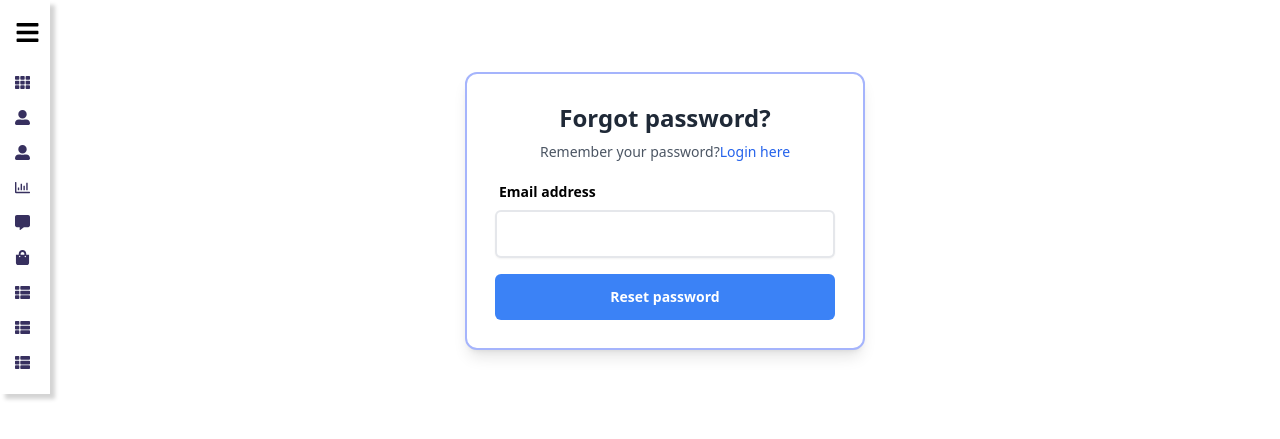
Repository: AndargWorku12/admin-dashboard
Page: /forget-password
An editor plug-in stored every save of this project. The page is shown before and after the next save, followed by the edit.
The browser window is 1280 px wide. The pictures show the whole page.
The project was rebuilt for these pictures with package versions that can differ from the ones it lists, and the page was loaded fresh each time. Also part of the build but not shown: src/styles/analytics.css, src/pages/Analytics.tsx, src/pages/Dashboard.tsx, src/styles/orders.css, src/pages/OrderTable.tsx, src/pages/OrderModal.tsx, src/pages/Orders.tsx, src/styles/category.css and 11 more.

Above is the page before, as saved 2024-02-03 04:34:12.

### src/index.tsx
import { ColorModeScript } from "@chakra-ui/react"
import * as React from "react"
import * as ReactDOM from "react-dom/client"
import App from "./App"
import './index.css'

const container = document.getElementById("root")
if (!container) throw new Error('Failed to find the root element');
const root = ReactDOM.createRoot(container)

root.render(

  <React.StrictMode>
    <ColorModeScript />
    <App />
  </React.StrictMode>,

)

### src/App.tsx

import React, {useState} from 'react';
import { BrowserRouter, Route, Routes } from 'react-router-dom';
import Sidebar from './components/Sidebar';
import Dashboard from './pages/Dashboard';
// import SignUpForm from './pages/LoginPopup'
import Orders from './pages/Orders';
import Category from './pages/CategoryPage';
import Login from './pages/Login'
import Analytics from './pages/Analytics';
import CustemerReview from './pages/CustemerReview';
import ProductList from './pages/ProductList';
import ShopCard from './pages/ShopCard';
import './App.css'
import SignUpForm from './pages/SignUpForm';
import ForgotPassword from './pages/ForgetPassword';
// import AnalyticsPage from './pages/Analytics';



type SaleData = {
  date: string;
  amount: number;
};

type RevenueData = {
  month: string;
  revenue: number;
};

type Product = {
    id: string;
    photo: string;
    name: string;
    price: number;
    category: string;
};

type Order = {
    id: string;
    productName: string;
    quantity: number;
    totalPrice: number;

};

type CategoryType = {
  id: string;
  photo:string;
  name: string;
};



// Sample props for components
type DashboardProps = {
  saleData: SaleData[];
  revenueData: RevenueData[];
  // ... other props
};

type AnalyticsProps = {
  salesData: SaleData[];
  // ... other props
};

type ProductProps = {
  products: Product[];
  onUpdate: (productId: string, updatedProduct: Product) => void;

};




type OrderProps = {
  orders: Order[];
  // ... other props
};

type CategoryProps = {
  categories: CategoryType[];
  // ... other props
};







const App: React.FC = () => {


// for the product page to handle
  const [products, setProducts] = useState<Product[]>([


    {
      id: '1',
      photo: 'https://img.ltwebstatic.com/images3_pi/2022/01/10/16417919016a32607182dd11dedeb77e8324b683e8_thumbnail_900x.webp',
      name: 'Product 1',
      price: 29.99,
      category: 'Electronics',
    },
    {
      id: '2',
      photo: 'https://img.ltwebstatic.com/images3_pi/2022/01/10/16417919016a32607182dd11dedeb77e8324b683e8_thumbnail_900x.webp',
      name: 'Product 2',
      price: 49.99,
      category: 'Clothing',
    },
    {
      id: '3',
      photo: 'https://img.ltwebstatic.com/images3_pi/2022/01/10/16417919016a32607182dd11dedeb77e8324b683e8_thumbnail_900x.webp',
      name: 'Product 3',
      price: 9.99,
      category: 'Books',
    },
    {
      id: '4',
      photo: 'https://img.ltwebstatic.com/images3_pi/2022/01/10/16417919016a32607182dd11dedeb77e8324b683e8_thumbnail_900x.webp',
      name: 'Product 4',
      price: 79.99,
      category: 'Home and Kitchen',
    },
    {
      id: '5',
      photo: 'https://img.ltwebstatic.com/images3_pi/2022/01/10/16417919016a32607182dd11dedeb77e8324b683e8_thumbnail_900x.webp',
      name: 'Product 5',
      price: 39.99,
      category: 'Toys',
    },



  ]);

  // Function to handle creating a new product
  const handleCreate = (newProduct: Product) => {
    setProducts((prevProducts) => [...prevProducts, newProduct]);
  };

  // Function to handle updating a product

  const handleUpdate = (productId: string, newName: string, newPrice: number) => {
    setProducts((prevProducts) =>
      prevProducts.map((product) =>
        product.id === productId
          ? { ...product, name: newName, price: newPrice }
          : product
      )
    );
  };



  // Function to handle deleting a product
  const handleDelete = (productId: string) => {
    setProducts((prevProducts) => prevProducts.filter((product) => product.id !== productId));
  };

//  for AnalyticsPage
// for category page


const [categories, setCategories] = useState<CategoryType[]>([
  {
    id: '1',
    photo: 'https://plus.unsplash.com/premium_photo-1661662850226-83c981ed4eba?w=500&auto=format&fit=crop&q=60&ixlib=rb-4.0.3&ixid=M3wxMjA3fDB8MHxzZWFyY2h8MXx8bGFwdG9wJTIwY29tcHV0ZXJ8ZW58MHx8MHx8fDA%3D',
    name: 'Category 1',
  },
  {
    id: '2',
    photo: 'https://plus.unsplash.com/premium_photo-1661662850226-83c981ed4eba?w=500&auto=format&fit=crop&q=60&ixlib=rb-4.0.3&ixid=M3wxMjA3fDB8MHxzZWFyY2h8MXx8bGFwdG9wJTIwY29tcHV0ZXJ8ZW58MHx8MHx8fDA%3D',
    name: 'Category 2',
  },
  {
    id: '3',
    photo: 'https://plus.unsplash.com/premium_photo-1661662850226-83c981ed4eba?w=500&auto=format&fit=crop&q=60&ixlib=rb-4.0.3&ixid=M3wxMjA3fDB8MHxzZWFyY2h8MXx8bGFwdG9wJTIwY29tcHV0ZXJ8ZW58MHx8MHx8fDA%3D',
    name: 'Category 3',
  },
  {
    id: '4',
    photo: 'https://plus.unsplash.com/premium_photo-1661662850226-83c981ed4eba?w=500&auto=format&fit=crop&q=60&ixlib=rb-4.0.3&ixid=M3wxMjA3fDB8MHxzZWFyY2h8MXx8bGFwdG9wJTIwY29tcHV0ZXJ8ZW58MHx8MHx8fDA%3D',
    name: 'Category 4',
  },

]);

// Function to handle creating a new category
// const handleCreateCategory = (newCategory: CategoryType) => {
//   setCategories((prevCategories) => [...prevCategories, newCategory]);
// };
const handleCreateCategory = (newCategory: CategoryType) => {
  // Add the new category to the list of categories
  setCategories((prevCategories) => [...prevCategories, newCategory]);
};

const handleUpdateCategory = (categoryId: string, newName: string) => {
  setCategories((prevCategories) =>
    prevCategories.map((category) =>
      category.id === categoryId ? { ...category, name: newName } : category
    )
  );
};

// Function to handle deleting a category
const handleDeleteCategory = (categoryId: string) => {
  setCategories((prevCategories) => prevCategories.filter((category) => category.id !== categoryId));
};

  const saleData: SaleData[] = [
    { date: '2022-01-01', amount: 100 },
    { date: '2022-01-02', amount: 150 },
    { date: '2022-01-03', amount: 200 },
    { date: '2022-01-04', amount: 120 },
    { date: '2022-01-05', amount: 180 },
    { date: '2022-01-06', amount: 90 },
    { date: '2022-01-07', amount: 110 },
    { date: '2022-01-08', amount: 130 },
    { date: '2022-01-09', amount: 170 },
    { date: '2022-01-10', amount: 160 },
  ];

  const revenueData: RevenueData[] = [
    { month: 'January', revenue: 500 },
    { month: 'February', revenue: 700 },
    { month: 'March', revenue: 600 },
    { month: 'April', revenue: 800 },
    { month: 'May', revenue: 900 },
    { month: 'June', revenue: 750 },
    { month: 'July', revenue: 850 },
    { month: 'August', revenue: 950 },
    { month: 'September', revenue: 700 },
    { month: 'October', revenue: 850 },
  ];


   const [orders, setOrders] = useState<Order[]>([
    {
      id: '1',
      productName: 'Laptop',
      quantity: 2,
      totalPrice: 2000,
    },
    {
      id: '2',
      productName: 'Smartphone',
      quantity: 3,
      totalPrice: 1200,
    },
    {
      id: '3',
      productName: 'Headphones',
      quantity: 1,
      totalPrice: 100,
    },
    {
      id: '4',
      productName: 'Camera',
      quantity: 1,
      totalPrice: 800,
    },

   ]);

  // Function to create a new order
  const handleCreateOrder = (newOrder: Order) => {
    setOrders((prevOrders) => [...prevOrders, newOrder]);
  };

  // Function to delete an order
  const handleDeleteOrder = (orderId: string) => {
    const updatedOrders = orders.filter(order => order.id !== orderId);
    setOrders(updatedOrders);
  };

  // Function to update an order
  const handleUpdateOrder = (orderId: string, updatedOrder: Order) => {
    // Placeholder implementation: Updating the order in the list
    setOrders((prevOrders) =>
      prevOrders.map((order) =>
        order.id === orderId ? { ...order, ...updatedOrder } : order
      )
    );
  };

  return (
    <div>
    <BrowserRouter>
    <Sidebar>
      <Routes>
        <Route path="/" element={<Dashboard saleData={saleData} revenueData={revenueData}  />} />
        <Route path="/dashboard" element={<Dashboard saleData={saleData} revenueData={revenueData}  />} />
       <Route path="/login" element={<Login/>}/>
       <Route path='/forget-password' element={<ForgotPassword/>}/>
        <Route path="/signup" element={<SignUpForm />} />
        <Route path="/review"element={<CustemerReview username="John" joinedDate="2022-01-01" reviewDate="2022-01-15" reviewText="Lorem ipsum" />}
/>

        <Route path="/analytics" element={<Analytics  />} />
        <Route
  path="/product"
  element={<ProductList />}
/>
        <Route path="/shop" element={<ShopCard />} />
        <Route
        path="/orders"
        element={
          <Orders
/>
        }
      />

        <Route
            path="/category"
            element={<Category />}
          />

      </Routes>
    </Sidebar>
  </BrowserRouter>
  </div>
  );
};

export default App;

### src/components/Sidebar.tsx
import React, { useState } from 'react';
import ReactNode from "react";
import {
    FaTh,
    FaBars,
    FaUserAlt,
    FaRegChartBar,
    FaCommentAlt,
    FaShoppingBag,
    FaThList
} from 'react-icons/fa';
import { NavLink, NavLinkProps } from 'react-router-dom';



interface MenuItem {
    path: string;
    name: string;
    icon: JSX.Element;
}

interface SidebarProps {
  children: React.ReactNode;
}
    const Sidebar: React.FC<React.PropsWithChildren<{}>> = ({ children }) => {
    const [isOpen, setIsOpen] = useState(false);

    const toggle = () => setIsOpen(!isOpen);

    const menuItems: MenuItem[] = [
        {
            path: '/',
            name: 'Dashboard',
            icon: <FaTh />,
        },
        {
            path: '/login',
            name: 'Login',
            icon: <FaUserAlt />,
        },
        {
          path: '/signup',
          name: 'Register form',
          icon: <FaUserAlt />,
      },
        {
            path: '/analytics',
            name: 'Analytics',
            icon: <FaRegChartBar />,
        },
        {
            path: '/review',
            name: 'CustemerReview',
            icon: <FaCommentAlt />,
        },
        {
            path: '/product',
            name: 'Product',
            icon: <FaShoppingBag />,
        },
        {
            path: '/category',
            name: 'Category List',
            icon: <FaThList />,
        },
        {
          path: '/orders',
          name: 'Orders',
          icon: <FaThList />,
      },
      {
        path: '/shop',
        name: 'Sample product',
        icon: <FaThList />,
    },
    ];

    return (
        <div className="container">
            <div style={{ width: isOpen ? '200px' : '50px' }} className="sidebar">
                <div className="top_section">
                    <h1 style={{ display: isOpen ? 'block' : 'none' }} className="logo">
                        Logo
                    </h1>
                    <div style={{ marginLeft: isOpen ? '50px' : '0px' }} className="bars">
                        <FaBars onClick={toggle} />
                    </div>
                </div>
                {menuItems.map((item, index) => (
                    <NavLink to={item.path} key={index} className="link"
                    //  activeClassName="active"
                     >
                        <div className="icon">{item.icon}</div>
                        <div style={{ display: isOpen ? 'block' : 'none' }} className="link_text text-sm">
                            {item.name}
                        </div>
                    </NavLink>
                ))}
            </div>
            <main>{children}</main>
        </div>
    );
};

export default Sidebar;

### src/App.css
* {
    margin: 0;
    padding: 0;
    text-decoration: none;
    /* background: #fff; */
    /* color: #fff; */
    /* background: #0e1630 */
    /* background-color: #0e1630; */
}

.container {
    display: flex;
}

main {
    width: 100%;
    padding: 20px;
}

.sidebar {
    background: #fff;
    /* background: #0e1630; */
    box-shadow: 5px 5px 4px rgb(212, 212, 212);
    color: #000;
    height: auto;
    width: 200px;
    transition: all 0.5s;
}

.top_section {
    display: flex;
    align-items: center;
    padding: 20px 15px;
}

.logo {
    font-size: 30px;
}

.bars {
    display: flex;
    font-size: 25px;
    margin-left: 50px;
}

.link {
    display: flex;
    color: #37305F;
    padding: 10px 15px;
    gap: 15px;
    transition: all 0.5s;
}

.link:hover {
    background: #37305F;
    color: #fff;
    transition: all 0.5s;
}

.active {
    background: #37305F;
    color: #fff;
}

.icon,
.link_text {
    font-size: 15px;
}

### src/pages/ForgetPassword.tsx
import React from 'react';

const ForgotPassword: React.FC = () => {
  return (
    <main id="content" role="main" className="w-full max-w-md mx-auto p-6">
      <div className="mt-7 bg-white rounded-xl shadow-lg dark:bg-gray-800 dark:border-gray-700 border-2 border-indigo-300">
        <div className="p-4 sm:p-7">
          <div className="text-center">
            <h1 className="block text-2xl font-bold text-gray-800 dark:text-white">Forgot password?</h1>
            <p className="mt-2 text-sm text-gray-600 dark:text-gray-400">
              Remember your password?
              <a className="text-blue-600 decoration-2 hover:underline font-medium" href="/login">
                Login here
              </a>
            </p>
          </div>

          <div className="mt-5">
            <form>
              <div className="grid gap-y-4">
                <div>
                  <label htmlFor="email" className="block text-sm font-bold ml-1 mb-2 dark:text-white">Email address</label>
                  <div className="relative">
                    <input
                      type="email"
                      id="email"
                      name="email"
                      className="py-3 px-4 block w-full border-2 border-gray-200 rounded-md text-sm focus:border-blue-500 focus:ring-blue-500 shadow-sm"
                      required
                      aria-describedby="email-error"
                    />
                  </div>
                  <p className="hidden text-xs text-red-600 mt-2" id="email-error">Please include a valid email address so we can get back to you</p>
                </div>
                <button
                  type="submit"
                  className="py-3 px-4 inline-flex justify-center items-center gap-2 rounded-md border border-transparent font-semibold bg-blue-500 text-white hover:bg-blue-600 focus:outline-none focus:ring-2 focus:ring-blue-500 focus:ring-offset-2 transition-all text-sm dark:focus:ring-offset-gray-800"
                >
                  Reset password
                </button>
              </div>
            </form>
          </div>
        </div>
      </div>

      {/* <p className="mt-3 flex justify-center items-center text-center divide-x divide-gray-300 dark:divide-gray-700">
        <a className="pr-3.5 inline-flex items-center gap-x-2 text-sm text-gray-600 decoration-2 hover:underline hover:text-blue-600 dark:text-gray-500 dark:hover:text-gray-200" href="#" target="_blank">
          <svg className="w-3.5 h-3.5" xmlns="http://www.w3.org/2000/svg" width="16" height="16" fill="currentColor" viewBox="0 0 16 16">
            <path d="M8 0C3.58 0 0 3.58 0 8c0 3.54 2.29 6.53 5.47 7.59.4.07.55-.17.55-.38 0-.19-.01-.82-.01-1.49-2.01.37-2.53-.49-2.69-.94-.09-.23-.48-.94-.82-1.13-.28-.15-.68-.52-.01-.53.63-.01 1.08.58 1.23.82.72 1.21 1.87.87 2.33.66.07-.52.28-.87.51-1.07-1.78-.2-3.64-.89-3.64-3.95 0-.87.31-1.59.82-2.15-.08-.2-.36-1.02.08-2.12 0 0 .67-.21 2.2.82.64-.18 1.32-.27 2-.27.68 0 1.36.09 2 .27 1.53-1.04 2.2-.82 2.2-.82.44 1.1.16 1.92.08 2.12.51.56.82 1.27.82 2.15 0 3.07-1.87 3.75-3.65 3.95.29.25.54.73.54 1.48 0 1.07-.01 1.93-.01 2.2 0 .21.15.46.55.38A8.012 8.012 0 0 0 16 8c0-4.42-3.58-8-8-8z" />
          </svg>
          View Github
        </a>
        <a className="pl-3 inline-flex items-center gap-x-2 text-sm text-gray-600 decoration-2 hover:underline hover:text-blue-600 dark:text-gray-500 dark:hover:text-gray-200" href="#">
          Contact us!
        </a>
      </p> */}
    </main>
  );
};

export default ForgotPassword;

Loaded but not shown: public/index.html (common file); src/index.css (common file); tailwind.config.js (common file)

After the next save:
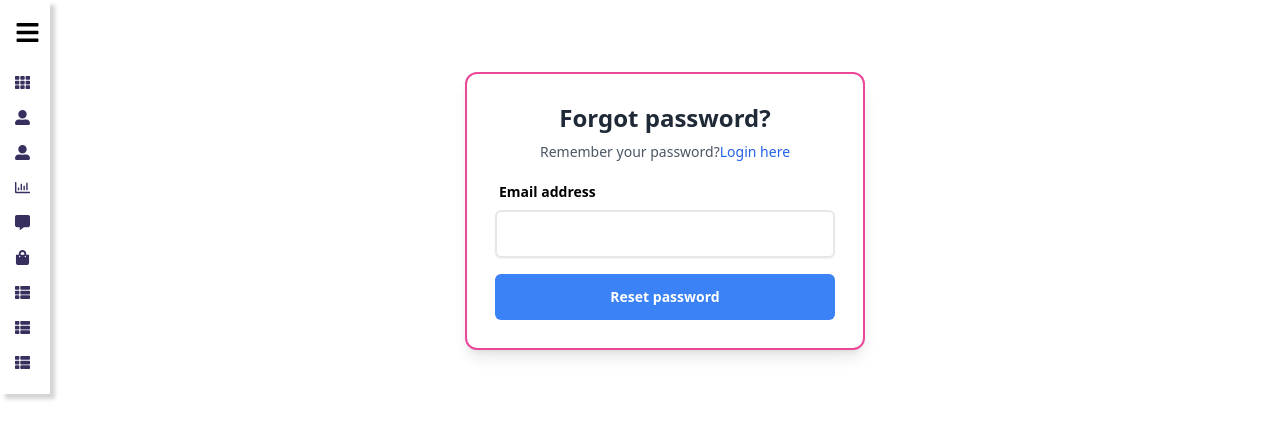
Saved 2 min 4 s later.
--- a/src/pages/ForgetPassword.tsx
+++ b/src/pages/ForgetPassword.tsx
@@ -3,7 +3,8 @@ import React from 'react';
 const ForgotPassword: React.FC = () => {
   return (
     <main id="content" role="main" className="w-full max-w-md mx-auto p-6">
-      <div className="mt-7 bg-white rounded-xl shadow-lg dark:bg-gray-800 dark:border-gray-700 border-2 border-indigo-300">
+      <div className="mt-7 bg-white rounded-xl shadow-lg dark:bg-gray-800 dark:border-gray-700 border-2
+       border-pink-500">
         <div className="p-4 sm:p-7">
           <div className="text-center">
             <h1 className="block text-2xl font-bold text-gray-800 dark:text-white">Forgot password?</h1>
